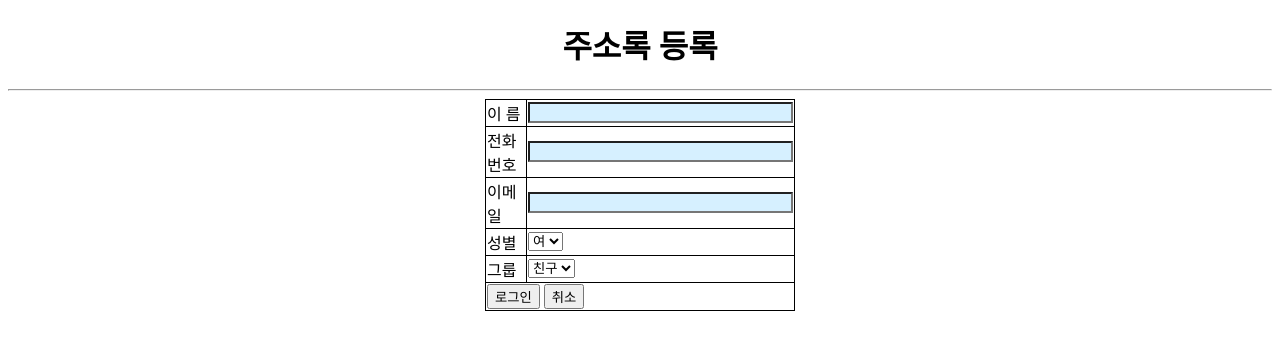
Repository: jpg723/Assignment
Page: http://localhost/Final/LAB11_1/addr_form.jsp
The author's editor kept a copy of each file at every save. The page is drawn from the files as they stood at one save, then again after the next save.
The browser window is 1280 px wide. The pictures show the whole page.
The page is served by Tomcat 9.

Above is the page before, as saved 2021-12-20 07:55:46.

After the next save:
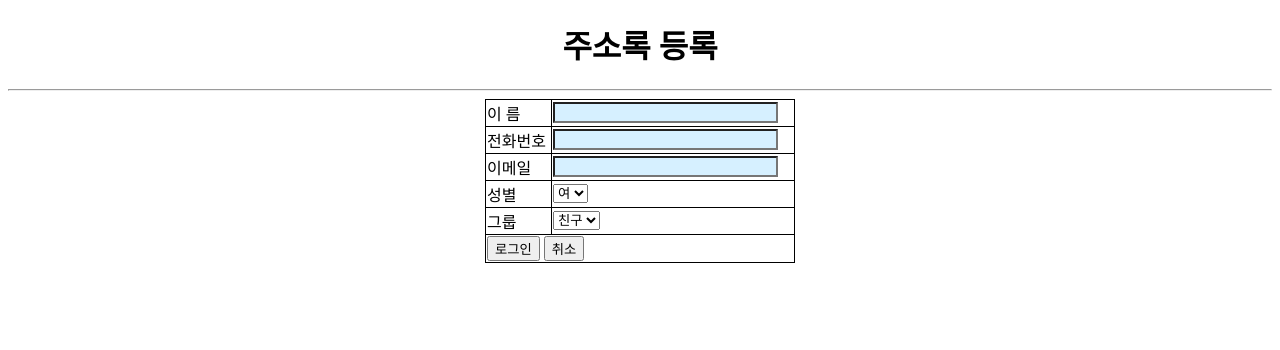
Saved 19 s later.
--- a/웹프로그래밍/Final/src/main/webapp/LAB11_1/addr_form.jsp
+++ b/웹프로그래밍/Final/src/main/webapp/LAB11_1/addr_form.jsp
@@ -39,15 +39,15 @@
 		<table>
 			<tr>
 				<td>이 름</td>
-				<td><input type="text" name="username" size=30 class="box"></td>
+				<td><input type="text" name="username" size=25 class="box"></td>
 			</tr>
 			<tr>
 				<td>전화번호</td>
-				<td><input type="text" name="tel" size=30 class="box"></td>
+				<td><input type="text" name="tel" size=25 class="box"></td>
 			</tr>
 			<tr>
 				<td>이메일</td>
-				<td><input type="text" name="email" size=30 class="box"></td>
+				<td><input type="text" name="email" size=25 class="box"></td>
 			</tr>
 			<tr>
 				<td>성별</td>
